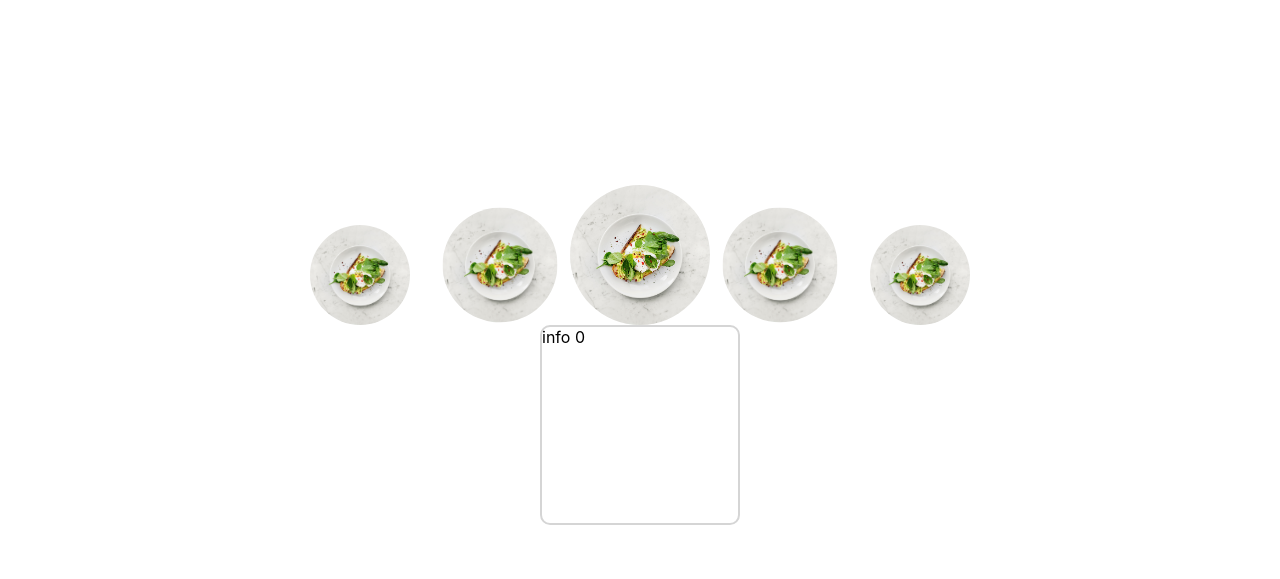
Repository: nambui98/slider
Page: /
An editor plug-in stored every save of this project. The page is shown before and after the next save, followed by the edit.
The browser window is 1280 px wide. The pictures show the whole page.
The project was rebuilt for these pictures with package versions that can differ from the ones it lists, and the page was loaded fresh each time. Also part of the build but not shown: vite.config.ts.

Above is the page before, as saved 2022-04-12 13:54:08.

After the next save:
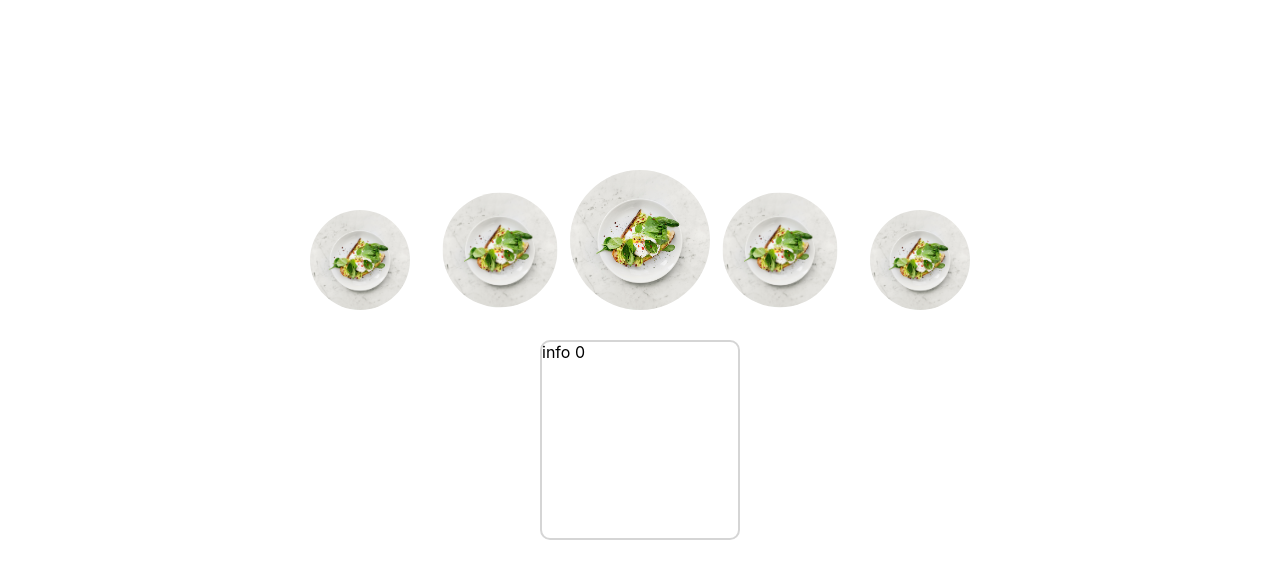
Saved 30 s later.
--- a/src/App.css
+++ b/src/App.css
@@ -10,7 +10,7 @@
   height: 200px;
   transition: transform 1000s;
   visibility: hidden;
-  margin-top: 20px;
+  margin-top: 50px;
   margin-left: -30px;
   /* transform: translateY(20px); */
 
